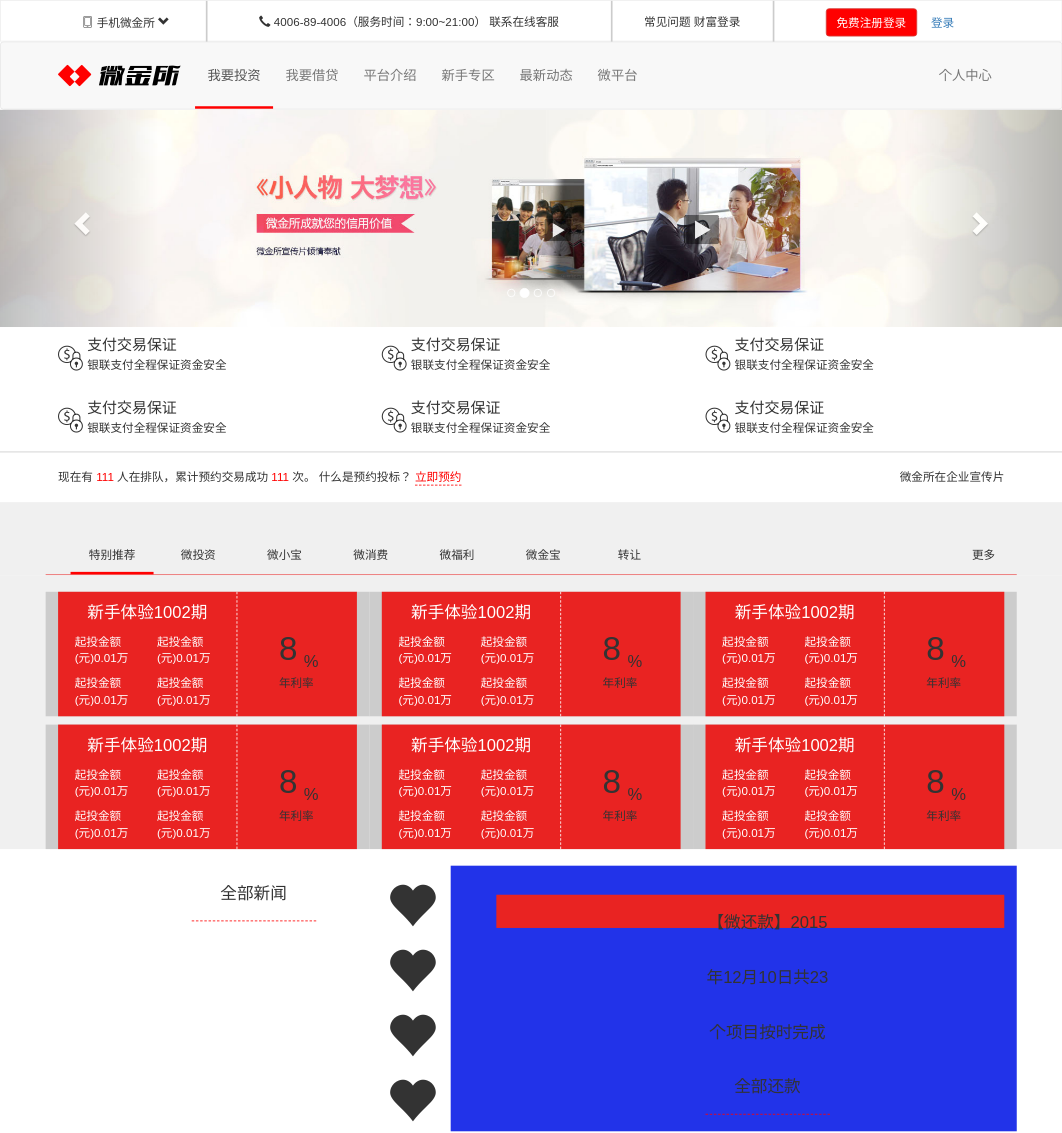
Repository: pwy114pwy/project_02
Page: 菜单.html
The author's editor kept a copy of each file at every save. The page is drawn from the files as they stood at one save, then again after a run of saves.
The browser window is 1280 px wide. The pictures show the whole page, at 83% of full size.
The style sheet was rebuilt from its Sass, Less or Tailwind sources for each picture, by a compiler version that may differ from the author's.

Above is the page before, as saved 2022-11-23 18:07:46.

### 菜单.html
<!DOCTYPE html>
<html lang="en">

<head>
    <!-- 页面的编码格式 -->
    <meta charset="UTF-8">
    <!-- 为了使IE浏览器以最新浏览器edge来渲染页面 -->
    <meta http-equiv="X-UA-Compatible" content="IE=edge">
    <!-- 视口vp，针对于移动端 -->
    <meta name="viewport" content="width=device-width, initial-scale=1.0">
    <!-- 引入Bootstrap框架的CSS样式 -->
    <link rel="stylesheet" href="./lib/bootstrap/css/bootstrap.css">
    <link rel="stylesheet" href="./css/base.css">
    <link rel="stylesheet" href="./css/01.css">
    <title>Document</title>
</head>

<body>
    <header class="wjs-top hidden-xs hidden-sm">
        <div class="container">
            <div class="row">
                <div class="col-md-2">
                    <a href="">
                        <span class="wjs_icon wjs_icon_phone"></span>
                        <span>手机微金所</span>
                        <span class="glyphicon glyphicon-chevron-down"></span>
                        <img src="./images/code.jpg" alt="">
                    </a>
                </div>
                <div class="col-md-5">
                    <span class="glyphicon glyphicon-earphone"></span>
                    <span>4006-89-4006（服务时间：9:00~21:00） 联系在线客服</span>
                </div>
                <div class="col-md-2">
                    <a href="">常见问题</a>
                    <a href="">财富登录</a>
                </div>
                <div class="col-md-3">
                    <button type="button" class="btn btn-danger">免费注册登录</button>


                    <button type="button" class="btn btn-link">登录</button>
                </div>
            </div>
        </div>
    </header>


    <nav class="navbar navbar-default wjs-navbar">
        <div class="container">
            <!-- Brand and toggle get grouped for better mobile display -->
            <div class="navbar-header">
                <button type="button" class="navbar-toggle collapsed" data-toggle="collapse"
                    data-target="#bs-example-navbar-collapse-1" aria-expanded="false">
                    <span class="sr-only">Toggle navigation</span>
                    <span class="icon-bar"></span>
                    <span class="icon-bar"></span>
                    <span class="icon-bar"></span>
                </button>
                <a class="navbar-brand" href="#">
                    <span class="wjs_icon wjs_icon_logo"></span>
                    <span class="wjs_icon wjs_icon_text"></span>
                </a>
            </div>

            <!-- Collect the nav links, forms, and other content for toggling -->
            <div class="collapse navbar-collapse" id="bs-example-navbar-collapse-1">
                <ul class="nav navbar-nav wjs-navbar-nav">
                    <li class="active"><a href="#">我要投资 <span class="sr-only">(current)</span></a></li>
                    <li><a href="#">我要借贷</a></li>
                    <li><a href="#">平台介绍</a></li>
                    <li><a href="#">新手专区</a></li>
                    <li><a href="#">最新动态</a></li>
                    <li><a href="#">微平台</a></li>

                </ul>

                <ul class="nav navbar-nav navbar-right">
                    <li><a href="#">个人中心</a></li>

                </ul>
            </div><!-- /.navbar-collapse -->
        </div><!-- /.container-fluid -->
    </nav>

    <div class="lunbo visible-md visible-lg">
        <div id="carousel-example-generic" class="carousel slide" data-ride="carousel">
            <!-- Indicators -->
            <ol class="carousel-indicators">
              <li data-target="#carousel-example-generic" data-slide-to="0" class="active"></li>
              <li data-target="#carousel-example-generic" data-slide-to="1"></li>
              <li data-target="#carousel-example-generic" data-slide-to="2"></li>
              <li data-target="#carousel-example-generic" data-slide-to="3"></li>
            </ol>

            <!-- Wrapper for slides -->
            <div class="carousel-inner" role="listbox">
              <div class="item active">
                <img src="./images/slide_01_2000x410.jpg" alt="...">
                <div class="carousel-caption">

                </div>
              </div>
              <div class="item">
                <img src="./images/slide_02_2000x410.jpg" alt="...">
                <div class="carousel-caption">

                </div>
              </div>
              <div class="item">
                <img src="./images/slide_03_2000x410.jpg" alt="...">
                <div class="carousel-caption">

                </div>
              </div>
              <div class="item">
                <img src="./images/slide_04_2000x410.jpg" alt="...">
                <div class="carousel-caption">

                </div>
              </div>

            </div>

            <!-- Controls -->
            <a class="left carousel-control" href="#carousel-example-generic" role="button" data-slide="prev">
              <span class="glyphicon glyphicon-chevron-left" aria-hidden="true"></span>
              <span class="sr-only">Previous</span>
            </a>
            <a class="right carousel-control" href="#carousel-example-generic" role="button" data-slide="next">
              <span class="glyphicon glyphicon-chevron-right" aria-hidden="true"></span>
              <span class="sr-only">Next</span>
            </a>
          </div>
    </div>

    <div class="baozhang">
        <div class="container">
            <div class="row">
                <div class="col-sm-6 col-md-4">
                    <span class="wjs_icon wjs_icon_E900"></span>
                    <div class="right">
                        <a href="">支付交易保证</a>
                        <a href="">银联支付全程保证资金安全</a>
                    </div>
                </div>
                <div class="col-sm-6 col-md-4">
                    <span class="wjs_icon wjs_icon_E900"></span>
                    <div class="right">
                        <a href="">支付交易保证</a>
                        <a href="">银联支付全程保证资金安全</a>
                    </div>
                </div>
                <div class="col-sm-6 col-md-4">
                    <span class="wjs_icon wjs_icon_E900"></span>
                    <div class="right">
                        <a href="">支付交易保证</a>
                        <a href="">银联支付全程保证资金安全</a>
                    </div>
                </div>
                <div class="col-sm-6 col-md-4">
                    <span class="wjs_icon wjs_icon_E900"></span>
                    <div class="right">
                        <a href="">支付交易保证</a>
                        <a href="">银联支付全程保证资金安全</a>
                    </div>
                </div>
                <div class="col-sm-6 col-md-4">
                    <span class="wjs_icon wjs_icon_E900"></span>
                    <div class="right">
                        <a href="">支付交易保证</a>
                        <a href="">银联支付全程保证资金安全</a>
                    </div>
                </div>
                <div class="col-sm-6 col-md-4">
                    <span class="wjs_icon wjs_icon_E900"></span>
                    <div class="right">
                        <a href="">支付交易保证</a>
                        <a href="">银联支付全程保证资金安全</a>
                    </div>
                </div>


            </div>

        </div>
    </div>

    <div class="paidui">
        <div class="container">
            <a href="">现在有</a>
            <p>111</p>
            <a href="">人在排队，累计预约交易成功</a>
            <p>111</p>
            <a href="">次。 什么是预约投标？ </a>
            <p class="yuyue">立即预约</p>
            <a href="" class="visible-lg">微金所在企业宣传片</a>
        </div>

    </div>


    <div class="xialiebiao">

        <div class="container">
            <div class="row">
                <div><a href="#">特别推荐 <span class="sr-only">(current)</span></a></div>
                <div><a href="#">微投资</a></div>
                <div><a href="#">微小宝</a></div>
                <div><a href="#">微消费</a></div>
                <div><a href="#">微福利</a></div>
                <div><a href="#">微金宝</a></div>
                <div><a href="#">转让</a></div>
                <div class="hidden-sm hidden-xs hidden-md"><a href="#">更多</a></div>
            </div>

        </div>




    </div>

    <div class="touzi">
        <div class="container">
            <div class="row">
                <div class="col-xs-12 col-sm-6  col-md-4">
                    <div>
                        <div class="left">
                            <div class="top">
                                <a href="">新手体验1002期</a>
                            </div>
                            <div class="bottom">
                                <p>起投金额(元)0.01万</p>
                                <p>起投金额(元)0.01万</p>
                                <p>起投金额(元)0.01万</p>
                                <p>起投金额(元)0.01万</p>
                            </div>
                        </div>
                        <div class="right">

                                <a href="">8</a>
                                <a href="">%</a>
                                <a href="">年利率</a>
                        </div>
                    </div>
                </div>

                <div class="col-xs-12 col-sm-6  col-md-4">
                    <div>
                        <div class="left">
                            <div class="top">
                                <a href="">新手体验1002期</a>
                            </div>
                            <div class="bottom">
                                <p>起投金额(元)0.01万</p>
                                <p>起投金额(元)0.01万</p>
                                <p>起投金额(元)0.01万</p>
                                <p>起投金额(元)0.01万</p>
                            </div>
                        </div>
                        <div class="right">

                                <a href="">8</a>
                                <a href="">%</a>
                                <a href="">年利率</a>
                        </div>
                    </div>
                </div>

                <div class="col-xs-12 col-sm-6  col-md-4">
                    <div>
                        <div class="left">
                            <div class="top">
                                <a href="">新手体验1002期</a>
                            </div>
                            <div class="bottom">
                                <p>起投金额(元)0.01万</p>
                                <p>起投金额(元)0.01万</p>
                                <p>起投金额(元)0.01万</p>
                                <p>起投金额(元)0.01万</p>
                            </div>
                        </div>
                        <div class="right">

                                <a href="">8</a>
                                <a href="">%</a>
                                <a href="">年利率</a>
                        </div>
                    </div>
                </div>

                <div class="col-xs-12 col-sm-6  col-md-4">
                    <div>
                        <div class="left">
                            <div class="top">
                                <a href="">新手体验1002期</a>
                            </div>
                            <div class="bottom">
                                <p>起投金额(元)0.01万</p>
                                <p>起投金额(元)0.01万</p>
                                <p>起投金额(元)0.01万</p>
                                <p>起投金额(元)0.01万</p>
                            </div>
                        </div>
                        <div class="right">

                                <a href="">8</a>
                                <a href="">%</a>
                                <a href="">年利率</a>
                        </div>
                    </div>
                </div>

                <div class="col-xs-12 col-sm-6  col-md-4">
                    <div>
                        <div class="left">
                            <div class="top">
                                <a href="">新手体验1002期</a>
                            </div>
                            <div class="bottom">
                                <p>起投金额(元)0.01万</p>
                                <p>起投金额(元)0.01万</p>
                                <p>起投金额(元)0.01万</p>
                                <p>起投金额(元)0.01万</p>
                            </div>
                        </div>
                        <div class="right">

                                <a href="">8</a>
                                <a href="">%</a>
                                <a href="">年利率</a>
                        </div>
                    </div>
                </div>

                <div class="col-xs-12 col-sm-6  col-md-4">
                    <div>
                        <div class="left">
                            <div class="top">
                                <a href="">新手体验1002期</a>
                            </div>
                            <div class="bottom">
                                <p>起投金额(元)0.01万</p>
                                <p>起投金额(元)0.01万</p>
                                <p>起投金额(元)0.01万</p>
                                <p>起投金额(元)0.01万</p>
                            </div>
                        </div>
                        <div class="right">

                                <a href="">8</a>
                                <a href="">%</a>
                                <a href="">年利率</a>
                        </div>
                    </div>
                </div>

            </div>
        </div>
    </div>

    <div class="news">
        <div class="container">
            <div class="row">
                <div class="col-lg-4 col-push-3">
                    <a href="">全部新闻</a>
                </div>

                <div class="col-lg-1">
                    <ul>
                        <li class="glyphicon glyphicon-heart"></li>
                        <li class="glyphicon glyphicon-heart"></li>
                        <li class="glyphicon glyphicon-heart"></li>
                        <li class="glyphicon glyphicon-heart"></li>

                    </ul>
                </div>
                <div class="col-lg-7">
                    <div>
                        <ul>
                            <li><a href="">【微还款】2015年12月10日共23个项目按时完成全部还款</a></li>

                        </ul>
                    </div>
                </div>
            </div>
        </div>
    </div>


    <script src="./lib/jquery/jquery.js"></script>
    <script src="./lib/bootstrap/js/bootstrap.js"></script>
</body>

</html>

### css/01.less
.wjs-top {
    line-height: 50px;
    height: 50px;
    border: 1px solid #eee;

    .row {
        >div {
            text-align: center;
            height: 50px;

            &:nth-child(-n+3) {
                border-right: 2px solid #ccc;
            }

            a {
                position: relative;
                display: block;

                &:hover {
                    img {
                        z-index: 999;
                        display: block;
                    }
                }

                img {
                    display: none;
                    position: absolute;
                    top: 50px;
                    left: 26px;
                    border: 1px solid #ccc;
                    border-top: 0;
                }

            }

            &:nth-child(3) {
                a {
                    display: inline;
                }
            }

            &:nth-child(4) {
                button {
                    &:nth-child(1) {
                        background-color: red;
                    }
                }
            }

        }

    }
}

.wjs-navbar {
    margin-bottom: 0;
    .wjs-navbar-nav {
        a {
            height: 80px;
            line-height: 50px;
            font-size: 16px;

            &:hover {
                border-bottom: 3px solid red;
            }
        }

        .active {
            a {
                border-bottom: 3px solid red;
                background-color: transparent;

                &:hover {
                    background-color: transparent;

                }
            }
        }
    }

    .navbar-header {
        button {
            margin-top: 24px;
        }
    }

    .navbar-right {
        li {
            a {
                height: 80px;
                line-height: 50px;
                font-size: 16px;

                &:hover {
                    border-bottom: 3px solid red;
                }
            }
        }
    }

    .navbar-brand {
        span {
            height: 80px;
            line-height: 50px;
            font-size: 40px;

            &:nth-child(1) {
                color: red;
            }

            &:nth-child(2) {
                color: black;
            }
        }
    }
}


.baozhang {
    border-bottom: 1px solid #ccc;
    // position: relative;
    // height: 150px;
    // background-color: aqua;
    .row {
        div {
            // width: 390px;
            height: 75px;

            // background-color: rgb(180, 73, 73);

            span {
                line-height: 75px;
                display: inline-block;
                font-size: 30px;
            }

            .right {
                // width: 300px;
                position: absolute;
                top: 10px;
                left: 50px;
                height: 50px;

                // background-color: antiquewhite;
                a:nth-child(1) {
                    font-size: 18px;
                    display: block;
                    // background-color: aqua;
                }
            }
        }
    }
}

.paidui {
    position: relative;
    // display: flex;
    // top: 20px;

    // height: 60px;
    // background-color: blueviolet;
    a{
        height: 60px;
        line-height: 60px;
    }
    a:last-child {

        float: right;
    }

    p {
        height: 20px;
        line-height: 35 px;
        display: inline-block;
        color: red;
    }
    .yuyue{
        border-bottom: 1px dashed red;
    }
}

.xialiebiao {
    .container{
        border-bottom: 1px solid rgb(237, 73, 73);
    }
    background-color: #f0f0f0;
    // height: 90px;
    padding-top: 40px;
    .row{
        position: relative;
        left: 30px;
        div{
            text-align: center;
            display: inline-block;
            width: 100px;
            height: 47px;
            line-height: 47px;
            // background-color: antiquewhite;
            &:first-child{
                border-bottom: 3px solid red;
            }
            &:last-child{
                position: absolute;
                left: 1050px;
            }
            &:hover{
                border-bottom: 3px solid red;

            }
        }
    }
}
.touzi{

    background-color: #f0f0f0;

    .row{
        padding-top: 10px;
        >div{
            margin-top: 10px;
            position: relative;
            display: inline-block;
            // width: 390px;
            height: 150px;
            // border: 1px solid red;
            background-color: #ccc;
            >div{
                // width: 360px;
                height: 150px;
                display: flex;
                background-color: #e92322;
                .left{

                    width: 60%;
                    height: 150px;
                    border-right: 1px dashed white;

                    .top{
                        text-align: center;
                        height: 50px;
                        line-height: 50px;
                        a{
                            color: white;
                            font-size: 20px;
                        }
                        // background-color: azure;
                    }
                    .bottom{
                        // display: flex;
                        p{

                            margin-left: 20px;
                            // float: left;
                            // flex-wrap: wrap;
                            width: 35%;
                            height: 40px;
                            // background-color: #ccc;
                            display: inline-block;
                            // display: flex;
                            color: white;

                        }
                    }
                }
                .right{
                    position: relative;
                    width: 40%;
                    height: 150px;

                    a{
                        position: absolute;
                        display: inline-block;
                        &:first-child{
                            top: 40px;
                            left: 50px;
                            font-size: 40px;
                            // background-color: #e92322;
                        }
                        &:nth-child(2){
                            font-size: 20px;
                            top: 70px;
                            left: 80px;
                            // background-color: azure;
                        }
                        &:last-child{
                            top: 100px;
                            left:50px;
                        }
                    }

                }
            }
        }
    }
}
.news{
    margin-top: 20px;
    height: 320px;
    .row{
        div:nth-child(1){

            height: 66.7px;
            // background-color: #e92322;
            a{  text-align: center;
                width: 150px;
                font-size: 20px;
                position: absolute;
                left: 45%;
                line-height: 66px;
                border-bottom: 1px dashed red;
            }
        }
        div:nth-child(2){

            // background-color: #22e961;
            ul{
                margin-left: -55px;
                display: flex;
                flex-wrap: wrap;
            }
            li{
                // float: left;
                // border-radius: 50%;
                margin-left: 20px;
                margin-top: 18px;
                list-style: none;
                width: 60px;
                height: 60px;
                // background-color: #e92322;
                font-size: 60px;
                &:hover{
                    background-color: #eee;
                }
            }
        }
        div:nth-child(3){
            height: 320px;
            background-color: #2233e9;
            div{
                li{
                    margin-top: 35px;
                    list-style: none;
                    height: 40px;
                    background-color: #e92322;
                    a{
                        display: inline-block;
                    }
                }
            }
        }
    }
}

Loaded but not shown: lib/bootstrap/css/bootstrap.css (library); lib/jquery/jquery.js (library); lib/bootstrap/js/bootstrap.js (library); css/base.css (120 lines, source omitted)

After the next 3 saves:
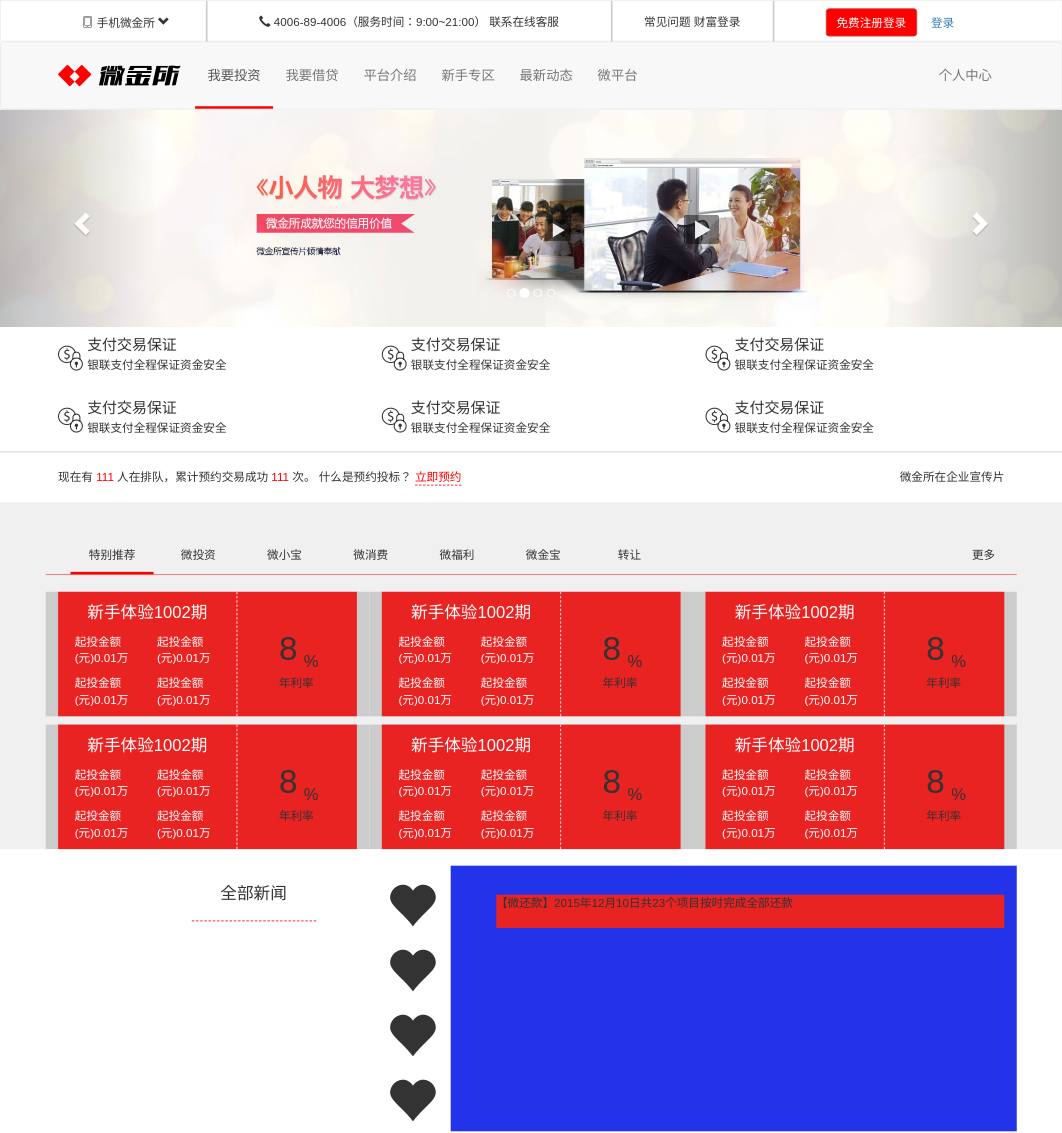
The 3 saves are shown as one change because they came seconds apart.
The last was saved 46 s later.
--- a/css/01.less
+++ b/css/01.less
@@ -302,7 +302,7 @@
 
             height: 66.7px;
             // background-color: #e92322;
-            a{  text-align: center;
+           > a{  text-align: center;
                 width: 150px;
                 font-size: 20px;
                 position: absolute;
